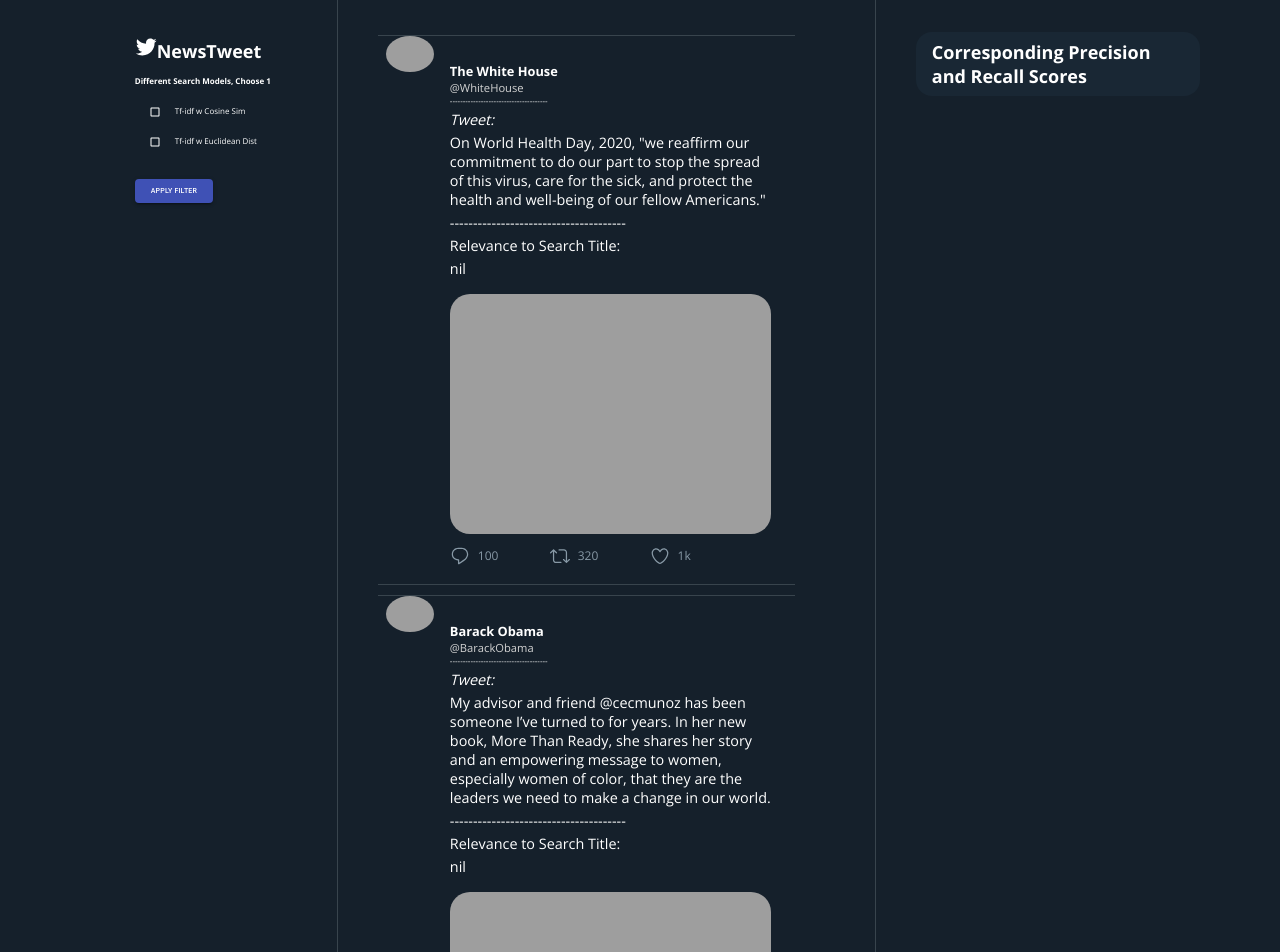
Repository: Dustyik/TwitterAIproj
Page: / (app in FrontEnd/)
These files come from the project's save history. The page is drawn as it stood at one moment and after the next save; the edit follows.
The browser window is 1280 px wide. The pictures show the part of the page from y = 0 to 952 px (the page is 1772 px tall before and 1793 px after).
Pictures or frames that could not be fetched are drawn as grey boxes. The page's requests for data from a server got no answer. The project was rebuilt for these pictures with package versions that can differ from the ones it lists, and the page was loaded fresh each time. No one was signed in, and anything a server would have sent is missing. Also part of the build but not shown: FrontEnd/src/components/trending/Trend.js, FrontEnd/src/components/trending/TrendsList.js, FrontEnd/src/components/trending/FollowSuggestionCard.js, FrontEnd/src/styles/FollowList.css, FrontEnd/src/components/trending/FollowSuggestionsList.js, FrontEnd/src/components/StatusCard.js, FrontEnd/src/pages/Status.js, FrontEnd/src/components/profile/ProfileHead.js and 3 more.

Above is the page before, as saved 2021-08-03 00:04:14.

### FrontEnd/public/index.html
<!DOCTYPE html>
<html lang="en">

<head>
  <meta charset="utf-8" />
  <link rel="icon" href="%PUBLIC_URL%/favicon.ico" />
  <meta name="viewport" content="width=device-width, initial-scale=1" />
  <meta name="theme-color" content="#000000" />
  <meta name="description" content="Web site created using create-react-app" />
  <link rel="apple-touch-icon" href="%PUBLIC_URL%/logo192.png" />
  <link href="https://fonts.googleapis.com/css2?family=Open+Sans:wght@400;700&display=swap" rel="stylesheet">
  <!--
      manifest.json provides metadata used when your web app is installed on a
      user's mobile device or desktop. See https://developers.google.com/web/fundamentals/web-app-manifest/
    -->
  <link rel="manifest" href="%PUBLIC_URL%/manifest.json" />
  <!--
      Notice the use of %PUBLIC_URL% in the tags above.
      It will be replaced with the URL of the `public` folder during the build.
      Only files inside the `public` folder can be referenced from the HTML.

      Unlike "/favicon.ico" or "favicon.ico", "%PUBLIC_URL%/favicon.ico" will
      work correctly both with client-side routing and a non-root public URL.
      Learn how to configure a non-root public URL by running `npm run build`.
    -->
  <title>React App</title>
</head>

<body>
  <noscript>You need to enable JavaScript to run this app.</noscript>
  <div id="root"></div>
  <!--
      This HTML file is a template.
      If you open it directly in the browser, you will see an empty page.

      You can add webfonts, meta tags, or analytics to this file.
      The build step will place the bundled scripts into the <body> tag.

      To begin the development, run `npm start` or `yarn start`.
      To create a production bundle, use `npm run build` or `yarn build`.
    -->
</body>

</html>

### FrontEnd/src/App.js
import React from 'react';
import { BrowserRouter as Router, Route } from 'react-router-dom';
import './App.css';
import { Sidebar } from './components/Sidebar';
import { Home } from './pages/Home';
import { Trending } from './components/trending/Trending';
import { GlobalProvider } from './context/GlobalState';
import { Status } from './pages/Status';
import ScrollToTop from './utils/ScrollToTop';
import { Profile } from './pages/Profile';

function App() {
  return (
    <GlobalProvider >
      <Router >

        <ScrollToTop>
          <div className="App">
            <div className="side-nav">
              <Sidebar />
            </div>
            <div className="main trending">

              <Route exact path="/" component={Home} />
              { /*
              <Route exact path="/:id" component={Profile} />
              <Route exact path="/status/:id" component={Status} />
              */}


            </div>

            <div className="trending">
              <Trending />
            </div>
          </div>
        </ScrollToTop>

      </Router>
    </GlobalProvider>
  );
}

export default App;

### FrontEnd/src/App.css
:root {
    --body-bg        : rgb(21, 32, 43);
    --sky-blue       : rgba(29, 161, 242, 1.00);
    --light          : rgba(255, 255, 2555);
    --grey           : rgb(136, 153, 166);
    --border         : rgb(56, 68, 77);
    --thick-border   : rgb(37, 51, 65);
    --thick-border   : rgb(37, 51, 65);
    --card-background: rgb(25, 39, 52);
}

body {
    background-color: var(--body-bg);
    font-family     : 'Open Sans', sans-serif;
    padding         : 0;
    margin          : 0;
    color           : var(--light);
}

html {
    font-size: 8px;
}

::-webkit-input-placeholder {
    /* Chrome/Opera/Safari */
    font-size  : 2.5rem;
    color      : #9197a3;
    font-weight: 400;
}

::-moz-placeholder {
    /* Firefox 19+ */
    font-size  : 2.5rem;
    color      : #9197a3;
    font-weight: 400;
}

:-ms-input-placeholder {
    /* IE 10+ */
    font-size  : 2.5rem;
    color      : #9197a3;
    font-weight: 400;
}

:-moz-placeholder {
    /* Firefox 18- */
    font-size  : 2.5rem;
    color      : #9197a3;
    font-weight: 400;
}

.App {
    display              : grid;
    grid-template-columns: 2.5fr 4fr 3fr;
}

.side-nav {
    padding-left: 40%;
    padding-top : 3rem;
}

.side-nav svg {
    fill : var(--light);
    width: 2.75rem;
}

.side-nav svg:hover {
    fill: var(--sky-blue);
}

.side-nav-item {
    padding: 2rem 0;

}

.side-nav .side-nav-item .side-nav-text {
    font-size     : 2.25rem;
    font-weight   : 700;
    color         : var(--light);
    padding-left  : 3rem;
    vertical-align: bottom;
}

.avatar {
    display: inline;
}

.avatar img {
    border-radius: 50%;
}


/* helper classes */
.p-0 {
    padding: 0
}


.pl-0 {
    padding-left: 0
}

.p-1 {
    padding: 1rem;
}

.p-2 {
    padding: 2rem
}

.pr-0 {
    padding-right: 0
}

.pb-1 {
    padding-bottom: 1rem;
}

.m-0 {
    margin: 0
}

.mb-0 {
    margin-bottom: 0;
}

.text-center {
    text-align: center;
}

.w-100 {
    width: 100%;
}

.pl-1 {
    padding-left: 1rem;
}

.pr-1 {
    padding-right: 1rem;
}

ul {
    list-style: none;
}

.flex-align-center {
    display    : flex;
    align-items: center;
}

.flex-space-between {
    display        : flex;
    justify-content: space-between;
}

.inline-block {
    display: inline-block;

}


.btn {
    color      : var(--light);
    font-weight: 700;
    cursor     : pointer;
    border     : none;
    background : transparent;
}

.tweet-btn {
    border-radius   : 4rem;
    font-size       : 2rem;
    padding         : 1.5rem;
    background-color: var(--sky-blue);
    width           : 80%;
}

.follow-btn {
    border-radius: 3rem;
    font-size    : 2rem;
    padding      : 0.5rem;
    font-weight  : 700;
    color        : var(--sky-blue);
    border       : 1px solid var(--sky-blue);
}

.pointer {
    cursor: pointer;
}

.bold-dull-para {
    font-size: 1.75rem;
    color    : var(--grey);
}

a {
    text-decoration: none;
    color          : inherit;
}

h1 {
    font-size  : 2.25rem;
    font-weight: 700;
    color      : var(--light);
}

h2 {
    font-size  : 2rem;
    font-weight: 700;
    color      : var(--light);
}

input:focus {
    outline: none;
}

### FrontEnd/src/components/Sidebar.js
import React, {useState, useContext} from 'react';
import { Logo, HomeIcon, ExploreIcon, NotificationIcon, MessageIcon, BookmarkIcon, ListsIcon, MoreIcon } from '../images/svg/svgs';
import { SmallAvatar } from '../images/avatars';
import { Checkbox } from '@material-ui/core';
import { Button } from '@material-ui/core';
import * as API from "../apifunctions"
import { GlobalContext } from '../context/GlobalState'
import { uniqueNamesGenerator, Config, adjectives, colors, animals } from 'unique-names-generator';


const SEARCH_MODELS = ["Tf-idf w Cosine Sim", "Tf-idf w Euclidean Dist"]

export const Sidebar = () => {
    const profImageurl = 'https://pbs.twimg.com/profile_images/1247964769669136385/KVCROk2D_bigger.jpg';
    const [searchModelsLocalState, setSearchModelsLocalState] = useState([])

    const {setSearchModels, searchModels, title, removeAllTweets, addTweet} = useContext(GlobalContext);

    const checkBoxToggled = (event) => {
        const id = event.id
        const checkValue = event.checked

        if (checkValue){
            setSearchModels(id)
            setSearchModelsLocalState(id)
        }
    }

    const applyFilter = () => {
        API.applySearchFilters(searchModels, title.title, title.id).then(
            res => {
                const data = JSON.parse(res.data);
                removeAllTweets()
                console.log(data)


                const relevanceData = data.relevance
                const tweetData = data.text
                const tweetIdData = data.id
                const relatedArticlesData = data.related_article
                for (let i = 0; i < Object.keys(relevanceData).length; i++){
                    let pxSize = 140 + i*3
                    const newTweet = {
                        name: uniqueNamesGenerator({dictionaries: [adjectives, colors, animals]}),
                        tweet: tweetData[i],
                        relevance: relevanceData[i],
                        image: `https://placeimg.com/${pxSize}/${pxSize}/any`
                    }
                    addTweet(newTweet)
                }
            }
        )
    }

    const createCheckBoxes = () =>
        SEARCH_MODELS.map((e) => {

            return (
                <div>
                <Checkbox
                size = "medium"
                id = {e}
                onChange = {(e) => checkBoxToggled(e.target)}
                checked = {searchModelsLocalState == e}
                >
                </Checkbox>
                {e}

                </div>
            )
        }
    )


    const checkBoxes = createCheckBoxes()

    return (
        <div>
            <div className="side-nav-header">

                <h1>
                <Logo />
                    NewsTweet
                </h1>
            </div>
            <h4>
                Different Search Models,
                Choose 1
            </h4>



            {checkBoxes}

            <div>
                &nbsp;
            </div>
            <div>
                &nbsp;
            </div>

            <Button
                onClick = {applyFilter}
                variant="contained" color="primary">
                Apply Filter
            </Button>



        </div>
    )
}

### FrontEnd/src/components/trending/Trending.js
import React from 'react';
import '../../styles/Trending.css';
import { SearchIcon } from '../../images/svg/svgs'
import { TrendsList } from './TrendsList';
import { FollowSuggestionsList } from './FollowSuggestionsList';


export const Trending = () => {
    return (
        <>
            <div>

                <div className="trends-list m-0">
                    {/*
                    <TrendsList />
                    */}
                    <h1>
                    Corresponding Precision and Recall Scores
                    </h1>
                </div>
                {/*
                <div className="follow-list">
                    <FollowSuggestionsList />
                </div>
                */}
            </div>
        </>
    )
}

### FrontEnd/src/utils/ScrollToTop.js
import React, { useEffect, Fragment } from 'react';
import { withRouter } from 'react-router-dom';

function ScrollToTop({ history, children }) {
    useEffect(() => {
        const unlisten = history.listen(() => {
            window.scrollTo(0, 0);
        });
        return () => {
            unlisten();
        }
    }, []);

    return <Fragment>{children}</Fragment>;
}

export default withRouter(ScrollToTop);

### FrontEnd/src/images/avatars.js
import React from 'react'

export const SmallAvatar = ({ width, image }) => {
    return (
        <div className="avatar">
            <img width={width} src={image} alt="avatar" />
        </div>
    )
}

### FrontEnd/src/apifunctions.js
import axios from 'axios';

export const getTweets = () => {
    return axios.get("http://localhost:5000/getTweets")
}

export const applySearchFilters = (data, title, id) => {
    return axios.post("http://localhost:5000/applySearchModels", {
            data: data,
            queryTitle: title,
            articleId: id

        }
    )
}

### FrontEnd/src/styles/Main.css
/* main styles */
.main {
    border-left : 1px solid var(--border);
    border-right: 1px solid var(--border);
    ;
}

.home {
    padding-left : 2.5rem;
    border-bottom: 1px solid var(--border);
}

.new-tweet {
    padding              : 1rem;
    display              : grid;
    grid-template-columns: 1fr 9fr;
    border-bottom        : 1rem solid var(--thick-border);
}

.new-tweet .left,
.right {
    padding: 0 1rem;
}

.new-tweet input {
    padding    : 2rem 0;
    background : transparent;
    border     : none;
    color      : var(--light);
    font-size  : 2rem;
    font-weight: 700;
}

.new-tweet-options {
    padding-right  : 1rem;
    display        : flex;
    justify-content: space-between;
    align-items    : center;
}

.new-tweet .add-icons {
    margin-right: 1rem;
}

.new-tweet .add-icons svg {
    width  : 3rem;
    fill   : var(--sky-blue);
    padding: 1rem;
}

.new-tweet .add-icons svg:first-child {
    padding-left: 0;
}

### FrontEnd/src/components/TweetList.js
import React, { useContext } from 'react'
import TweetCard from './TweetCard'
import { GlobalContext } from '../context/GlobalState'

export const TweetList = () => {
    const { tweets } = useContext(GlobalContext);

    return (
        <>
            {console.log(tweets)}
            {tweets.map((tweet, index) => (<TweetCard key={index} tweet={tweet} />))}
        </>
    )
}

### FrontEnd/src/styles/Trending.css
.trending {
    padding: 1rem 10rem 1rem 5rem;
}

.trending .search-box {
    width     : 100%;
    background: transparent;

    background-color: var(--thick-border);
    border-radius   : 5rem;
    border          : none;
}

.trending .search-box svg {
    width       : 3rem;
    fill        : var(--grey);
    padding-left: 1rem;

}

.trending .search-box input {
    padding   : 1.5rem;
    font-size : 2rem;
    width     : 100%;
    background: transparent;
    border    : none;
    color     : var(--light);
}

.trends-list {
    background-color: var(--card-background);
    border-radius   : 2rem;
    margin-top      : 3rem;
}

.trends-list h1 {
    padding: 1rem 2rem;

}

.trends-for-you {
    padding-right: 1rem;
}

.trends-for-you svg {
    width: 3.5rem;
    fill : var(--sky-blue);
}

.trends-card {
    border-top   : 1px solid var(--border);
    border-bottom: 1px solid var(--border);
    padding      : 2rem;
}

.trends :last-child {
    border-bottom: none;
}

.trends-topic {
    font-size: 1.5rem;
    color    : var(--grey);
}

.trend-tweet-count {
    font-size: 1.75rem;
    color    : var(--grey);
}



.trending ::-webkit-input-placeholder {
    /* Chrome/Opera/Safari */
    font-size  : 2rem;
    color      : #9197a3;
    font-weight: 400;
}

.trending ::-moz-placeholder {
    /* Firefox 19+ */
    font-size  : 2rem;
    color      : #9197a3;
    font-weight: 400;
}

.trending :-ms-input-placeholder {
    /* IE 10+ */
    font-size  : 2rem;
    color      : #9197a3;
    font-weight: 400;
}

.trending :-moz-placeholder {
    /* Firefox 18- */
    font-size  : 2rem;
    color      : #9197a3;
    font-weight: 400;
}

### FrontEnd/src/context/AppReducer.js
const MAX = 30
const MIN = 0

export default (state, action) => {
    switch (action.type) {
        case 'DELETE_TRANSACTION':
            return {
                ...state,
                transactions: state.transactions.filter(transaction => transaction.id !== action.payload)
            }
        case 'ADD_TWEET':
            const newTweet = {
                user: {
                    name: action.payload.name,
                    image: action.payload.image,
                    handle: `@${action.payload.name}`,
                },
                tweet: {
                    content: action.payload.tweet,
                    image: null,
                    comments: Math.floor(Math.random()*(MAX-MIN)+MIN),
                    retweets: Math.floor(Math.random()*(MAX-MIN)+MIN),
                    likes: Math.floor(Math.random()*(MAX-MIN)+MIN),
                    relevance: action.payload.relevance
                }
            };
            return {
                ...state,
                tweets: [...state.tweets, newTweet]
            }

        case "SET_TWEETS":
            return {
            ...state,
            tweets: action.payload
        }

        case "SET_SEARCH_MODEL":
            return {
            ...state,
            searchModels: action.payload
        }

        case "REMOVE_ALL_TWEETS":
            return {
            ...state,
            tweets: []
        }


        default:
            return state
    }
}

### FrontEnd/src/components/TweetCard.js
import React, { Component } from 'react';
import '../styles/TweetCard.css';
import { SmallAvatar } from '../images/avatars'
import { TweetCommentIcon, TweetRetweetIcon, TweetLikeIcon, TweetSendIcon } from '../images/svg/svgs';
import { Link } from 'react-router-dom';

export default class TweetCard extends Component {
    tweet = this.props.tweet;
    profImageurl = 'https://pbs.twimg.com/profile_images/1247964769669136385/KVCROk2D_bigger.jpg';

    handleRouting = (e) => {
        // e.preventDefault();
        // debugger
        // this.props.history.push('data')
    }
    render() {
        return (
            <div>
                <div className="tweet-card">
                    <div className="left">
                        <SmallAvatar width="48" image={this.tweet.user.image} />
                    </div>
                    <div className="right">
                        <div className="tweet-card-head">
                            <span className="tweet-card-name" >{this.tweet.user.name}</span>
                            <span className="tweet-card-time"> {this.tweet.tweet.time}</span>
                        </div>
                        <span className="tweet-card-handle">{this.tweet.user.handle}</span>


                        <div className="tweet-card-content">
                                <p className="m-0">--------------------------------------</p>
                            </div>
                        <div className="tweet-card-body">
                        <div className="tweet-card-content">
                                <p className="m-0" style = {{fontStyle:"italic"}}>Tweet:</p>
                            </div>
                            <div className="tweet-card-content">
                                <p className="m-0">{this.tweet.tweet.content}</p>
                            </div>
                            <div className="tweet-card-content">
                                <p className="m-0">--------------------------------------</p>
                            </div>

                            <div className="tweet-card-content">
                                <p className="m-0">Relevance to Search Title: </p>
                            </div>
                            <div className="tweet-card-content">
                                <p className="m-0">{this.tweet.tweet.relevance}</p>
                            </div>
                            <div className="tweet-card-image">
                                <img src={this.tweet.tweet.image} alt="" />
                            </div>
                            <div className="tweet-card-footer">
                                <span className="flex-align-center"><TweetCommentIcon /> <span className="tweet-cars-icon">{this.tweet.tweet.comments}</span></span>
                                <span className="flex-align-center"><TweetRetweetIcon /><span className="tweet-cars-icon">{this.tweet.tweet.retweets}</span></span>
                                <span className="flex-align-center"><TweetLikeIcon /><span className="tweet-cars-icon">{this.tweet.tweet.likes}</span></span>
                                { /*<span className="flex-align-center"><TweetSendIcon /></span> */}
                            </div>
                        </div>
                    </div>
                </div>
            </div>
        )
    }
}

### FrontEnd/src/styles/StatusCard.css
.tweets {}

.status-card {
    /* padding              : 1rem;
    display                 : grid;
    grid-template-columns   : 1fr 9fr; */
    border-bottom           : 0.5px solid var(--border);
    border-top              : 0.5px solid var(--border);

}

.status-card .left,
.right {
    padding: 2rem;
}

.status-card .left {
    display    : flex;
    align-items: center;

}

.status-card .right {
    padding-top: 0;
}

.status-card .status-card-name {
    font-size    : 2rem;
    font-weight  : 700;
    padding-right: 1rem;
}

.status-card .status-card-handle,
.status-card-time {
    font-size: 1.5rem;
    color    : var(--grey);
}

.status-card .status-card-body .status-card-content p {
    font-size : 2.5rem;
    margin-top: .5rem;
}

.status-card .status-card-body .status-card-image {
    margin-top: 2rem;
}

.status-card .status-card-body .status-card-image img {
    width        : 100%;
    border-radius: 20px;
}

.status-card .status-card-footer {
    padding-right: 10rem;
    display      : flex;

    justify-content: space-around;
    padding-top    : 1rem;
    width          : 100%;
}

.status-card .status-card-footer svg {
    fill : var(--grey);
    width: 2.5rem;
}

.status-card .status-card-footer .tweet-cars-icon {
    line-height : 2;
    font-size   : 1.5rem;
    color       : var(--grey);
    padding-left: 1rem;
}

.status {
    display    : flex;
    align-items: center;
    padding    : 0 2rem;
    display    : flex;
    align-items: center;
}

.status h1 {
    display     : inline-block;
    padding-left: 1rem;
}

.status svg {
    width: 4rem;
    fill : var(--sky-blue);
}

### FrontEnd/src/styles/TweetCard.css
.tweets {}

.tweet-card {
    padding              : 1rem;
    display              : grid;
    grid-template-columns: 1fr 9fr;
    border-bottom        : 0.5px solid var(--border);
    border-top           : 0.5px solid var(--border);

}

.left,
 {
    padding: 0 1rem;
    margin-top: 10px;
}

.tweet-card, .right {
    padding: 0 1rem;
    margin-top: 10px;
}

.tweet-card .tweet-card-head .tweet-card-name {
    font-size    : 1.6rem;
    padding-right: 1rem;
    font-weight: bold;
}

.tweet-card .tweet-card-head .tweet-card-name:hover {
    text-decoration: underline;
}

.tweet-card-handle {
    font-size    : 1.4rem;
    padding-right: 1rem;
    font-weight: lighter;
    color: lightgray;
}

.tweet-card .tweet-card-body .tweet-card-content p {
    font-size : 1.8rem;
    margin-top: .5rem;
}

.tweet-card .tweet-card-body .tweet-card-image {
    margin-top: 2rem;
}

.tweet-card .tweet-card-body .tweet-card-image img {
    width        : 100%;
    border-radius: 20px;
}

.tweet-card .tweet-card-footer {
    padding-right  : 10rem;
    display        : flex;
    justify-content: space-between;
    padding-top    : 1rem;
}

.tweet-card .tweet-card-footer svg {
    fill : var(--grey);
    width: 2.5rem;
}

.tweet-card .tweet-card-footer .tweet-cars-icon {
    line-height : 2;
    font-size   : 1.5REM;
    color       : var(--grey);
    padding-left: 1rem;
}

Loaded but not shown: FrontEnd/src/index.js (common file); FrontEnd/src/images/svg/svgs.js (66 lines, source omitted); FrontEnd/src/context/GlobalState.js (113 lines, source omitted); FrontEnd/src/pages/Home.js (92 lines, source omitted)

After the next save:
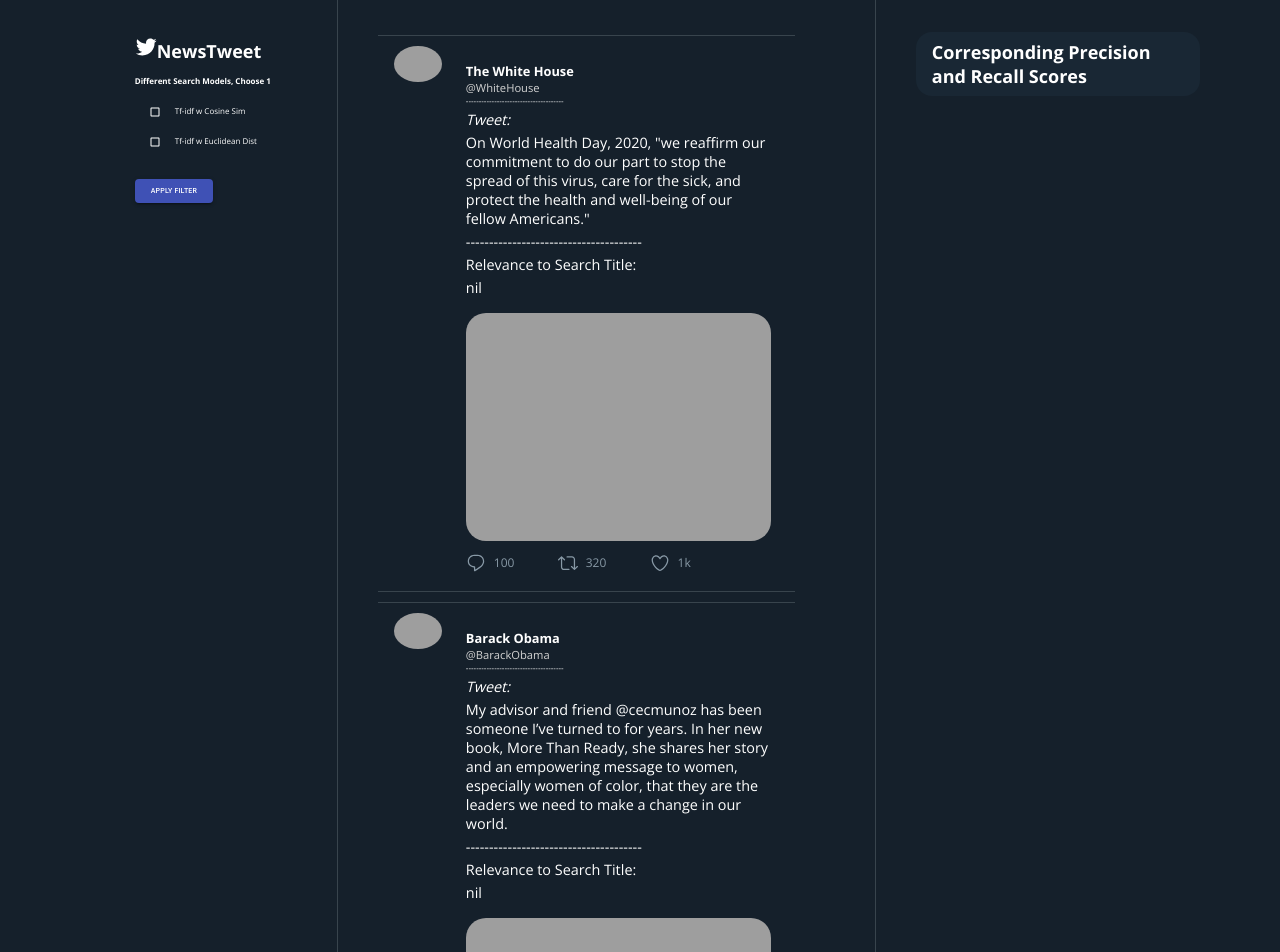
Saved 4 s later.
--- a/FrontEnd/src/styles/TweetCard.css
+++ b/FrontEnd/src/styles/TweetCard.css
@@ -9,8 +9,7 @@
 
 }
 
-.left,
- {
+.left{
     padding: 0 1rem;
     margin-top: 10px;
 }
